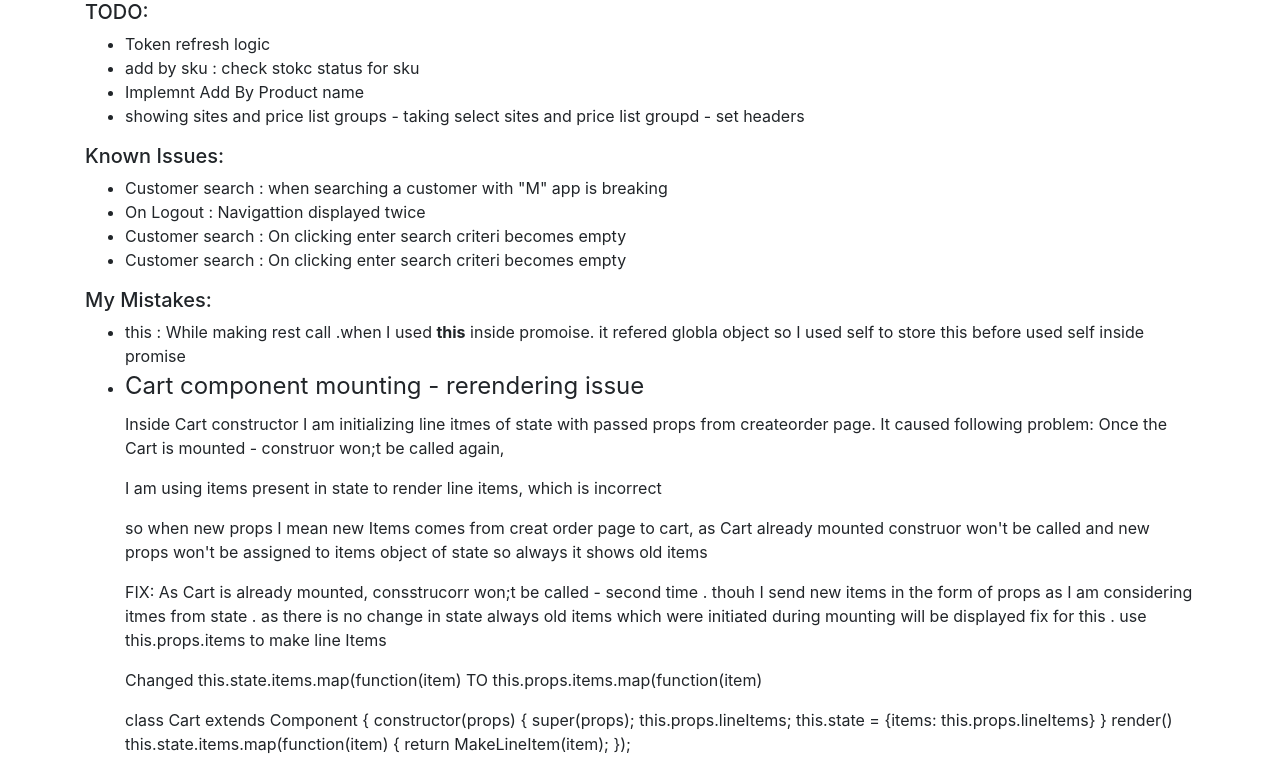
Repository: testtiger/reactagent
Page: /todo
The author's editor kept a copy of each file at every save. The page is drawn from the files as they stood at one save, then again after the next save.
The browser window is 1280 px wide. The pictures show the whole page.
The project was rebuilt for these pictures with package versions that can differ from the ones it lists, and the page was loaded fresh each time. Also part of the build but not shown: src/components/Agent/Rest/agent-rest-client.js, src/components/Agent/Dashboard/quicklinks.jsx, src/components/Agent/Dashboard/announcements.jsx, src/components/Agent/Dashboard/recentorders.jsx, src/components/Agent/Dashboard/pendingactions.jsx, src/components/Agent/Dashboard/DashboardPage.jsx, src/components/Agent/Shared/Navigation.jsx, src/components/Agent/Login/loginpage.jsx and 12 more.

Above is the page before, as saved 2018-12-15 16:54:16.

After the next save:
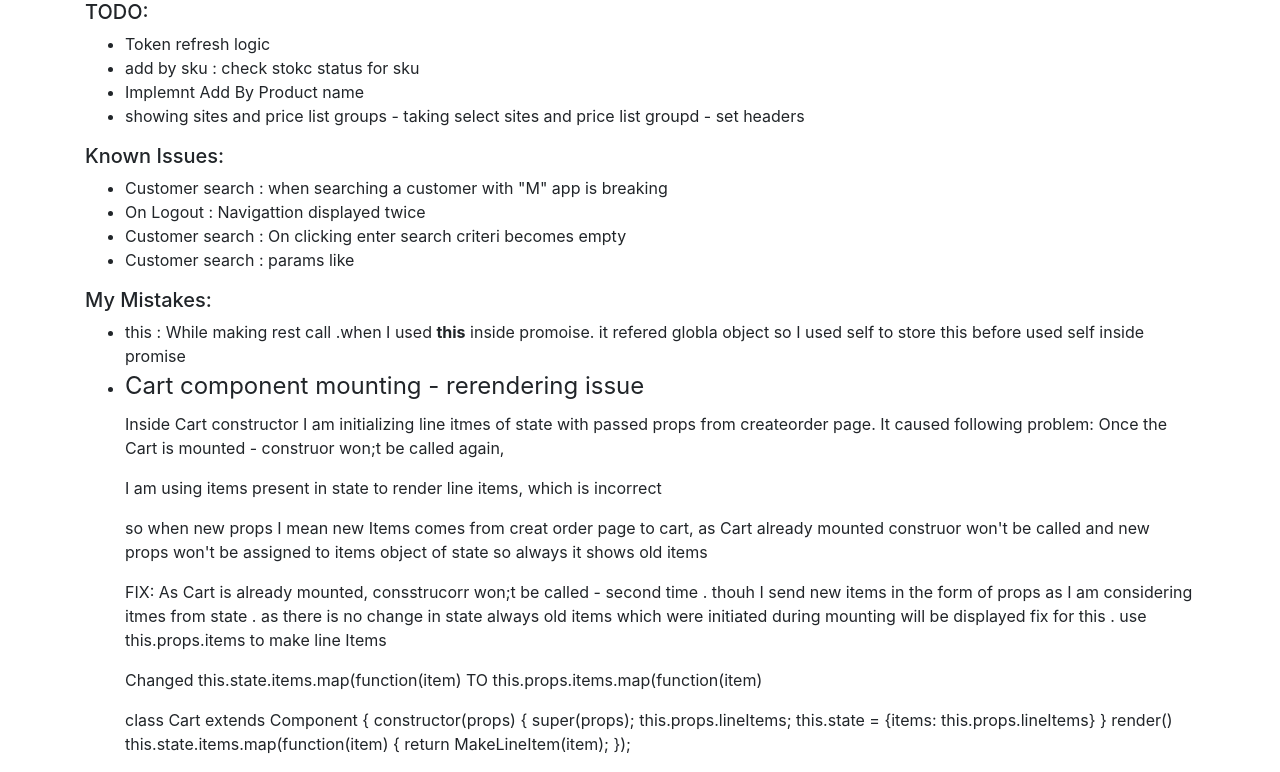
Saved 9 s later.
--- a/src/components/Agent/BugsTODO/TODO.jsx
+++ b/src/components/Agent/BugsTODO/TODO.jsx
@@ -25,7 +25,7 @@ export default class TODO extends Component {
             Customer search : On clicking enter search criteri becomes empty
           </li>
           <li>
-            Customer search : On clicking enter search criteri becomes empty
+            Customer search : params like
           </li>
         </ul>
         <h5>My Mistakes:</h5>
